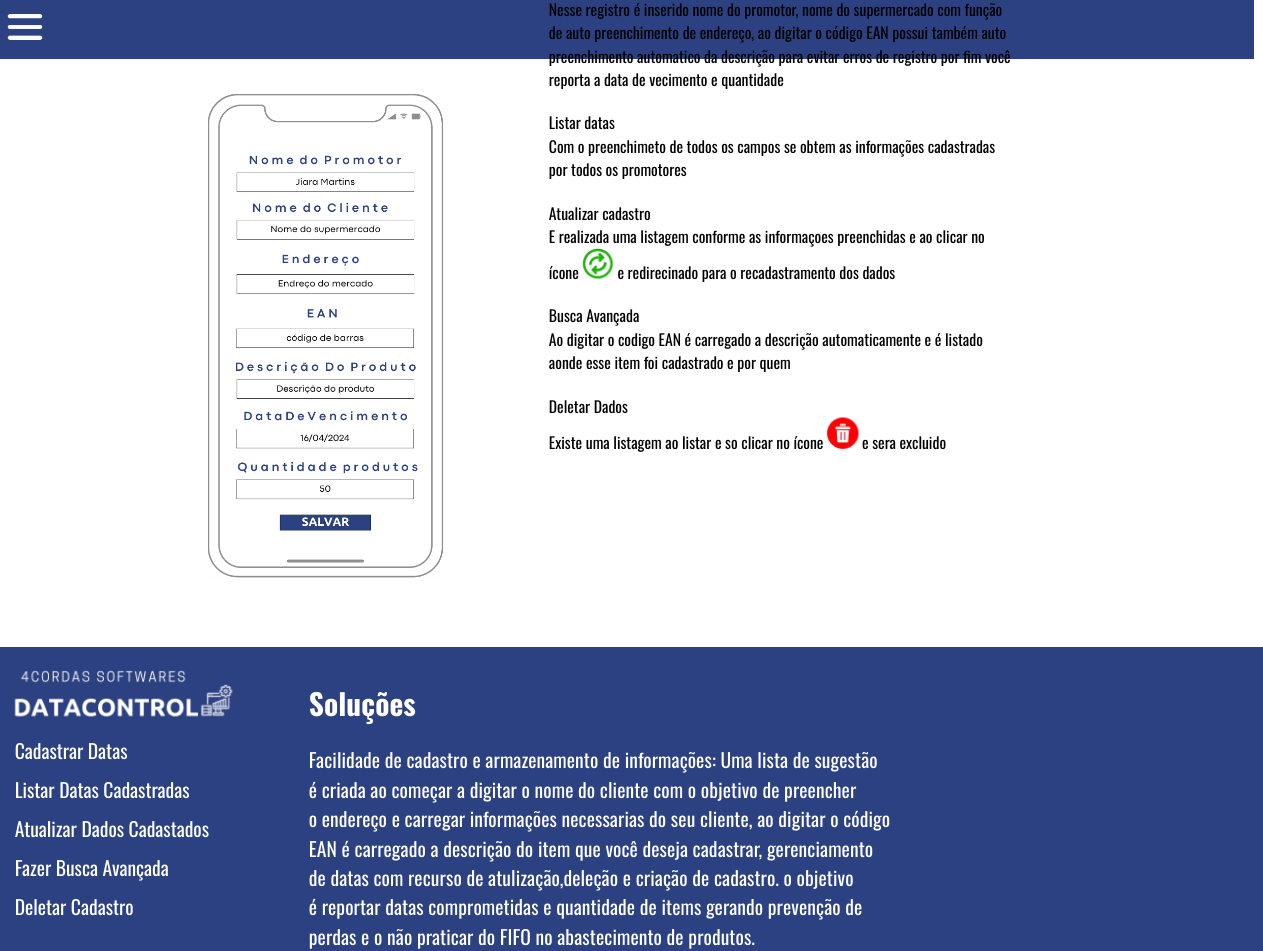
Repository: alfredo-allan/ControleDeDatasFrontEnd
Page: index.html
An editor plug-in stored every save of this project. The page is shown before and after a run of saves, followed by the edit.
The browser window is 1280 px wide. The page is 1289 px wide, so the pictures cover 1289 px, including what lies to the right of the window. The pictures show the whole page, at 98% of full size.

Above is the page before, as saved 2024-04-30 14:40:08.
Console error: TypeError: Cannot read properties of null (reading 'addEventListener')

After the next 2 saves:
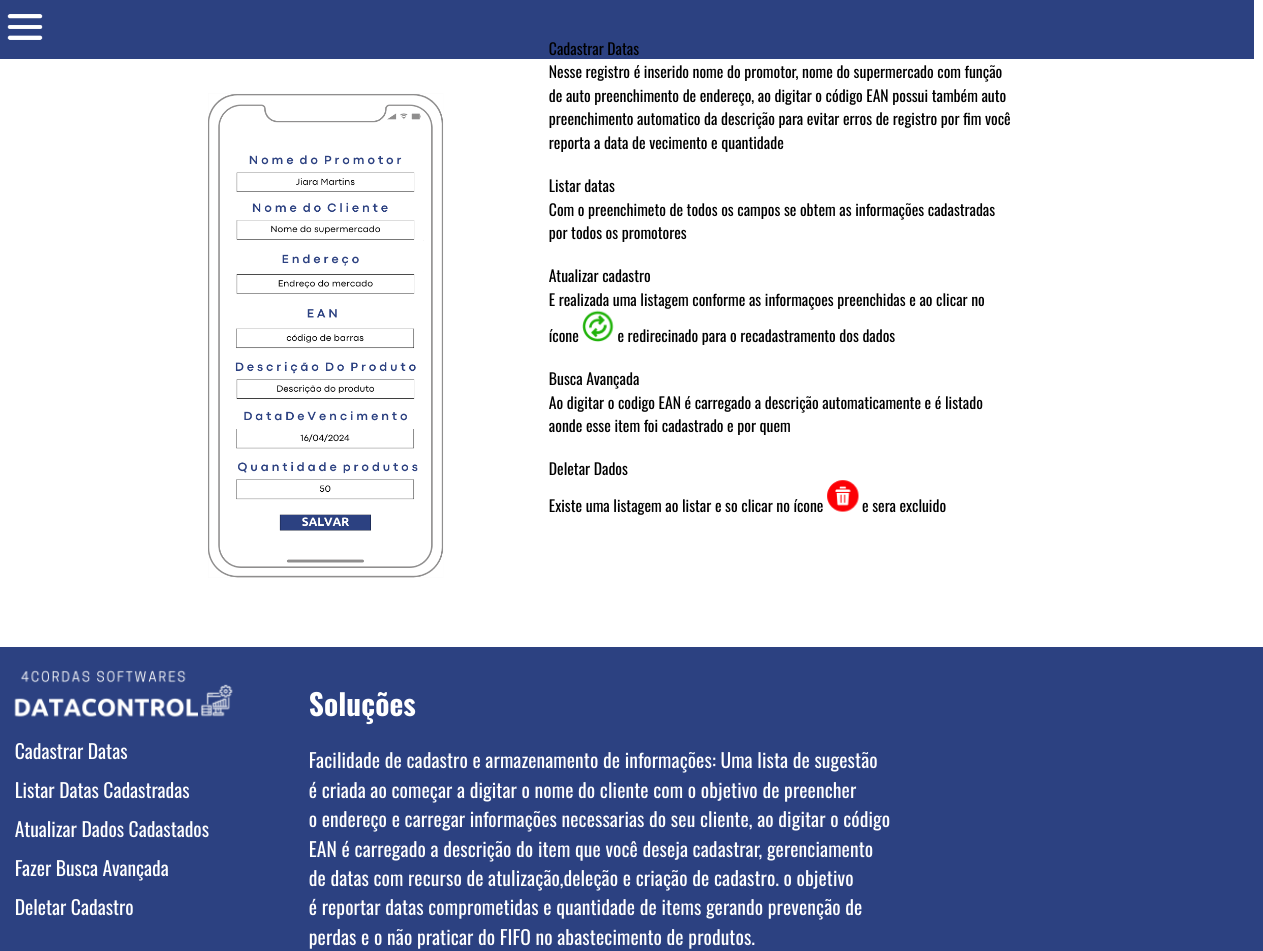
The 2 saves are shown as one change because they came seconds apart.
The last was saved 7 s later.
--- a/style/style.css
+++ b/style/style.css
@@ -446,7 +446,7 @@ button:focus {
   flex-direction: column;
   justify-content: center;
   margin-left: 40%;
-  margin-top: -50%;
+  margin-top: -45%;
   width: 40%;
   position: fixed;
   li {
